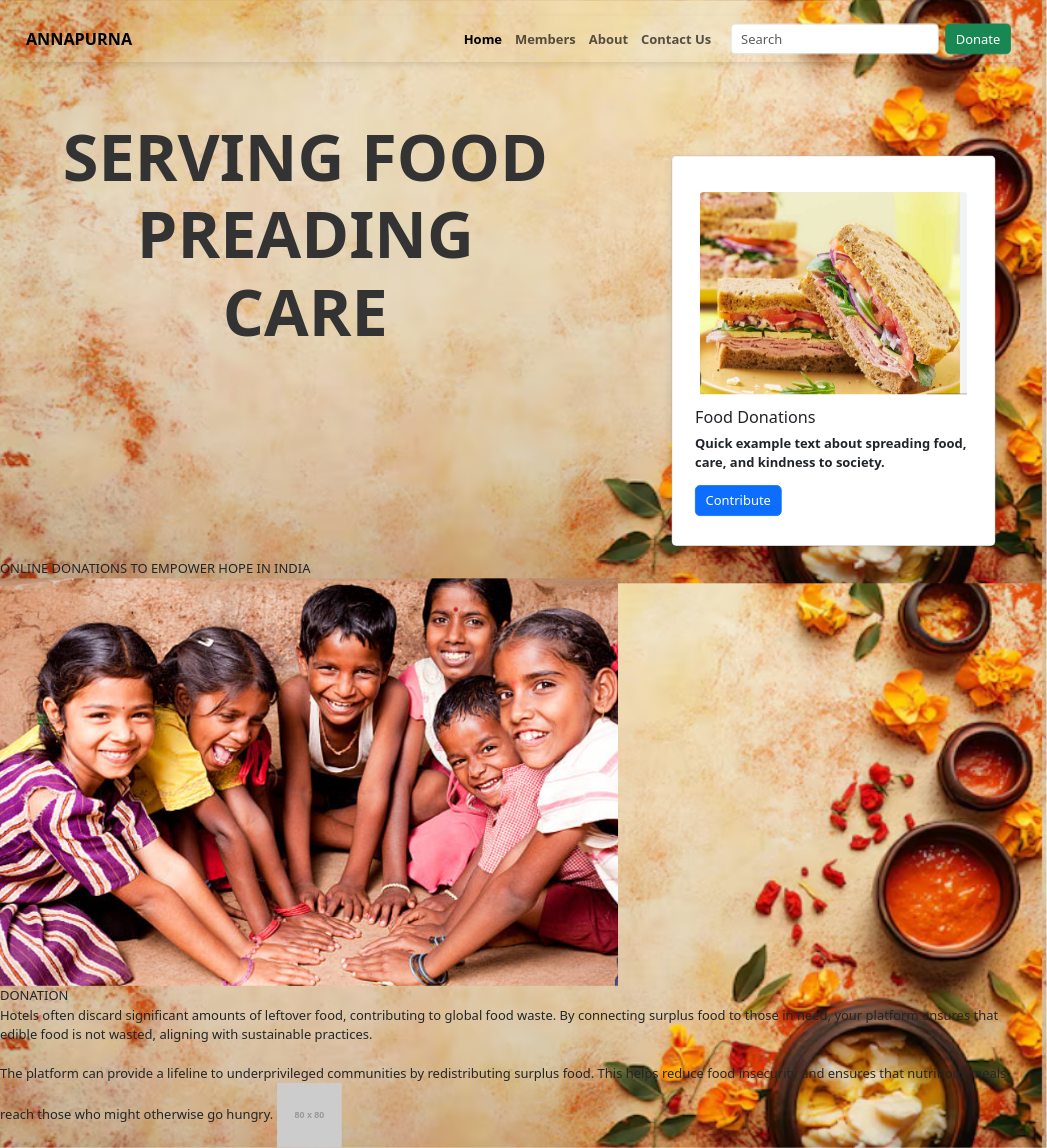
Repository: letscodeshivansh/Annapurna-2.0
Page: views/layouts/index.html
These files come from the project's save history. The page is drawn as it stood at one moment and after the next save; the edit follows.
The browser window is 1280 px wide. The page is 1292 px wide, so the pictures cover 1292 px, including what lies to the right of the window. The pictures show the whole page, at 81% of full size.
Backgrounds fixed to the window are drawn as part of the page.

Above is the page before, as saved 2025-01-24 00:11:40.

After the next save:
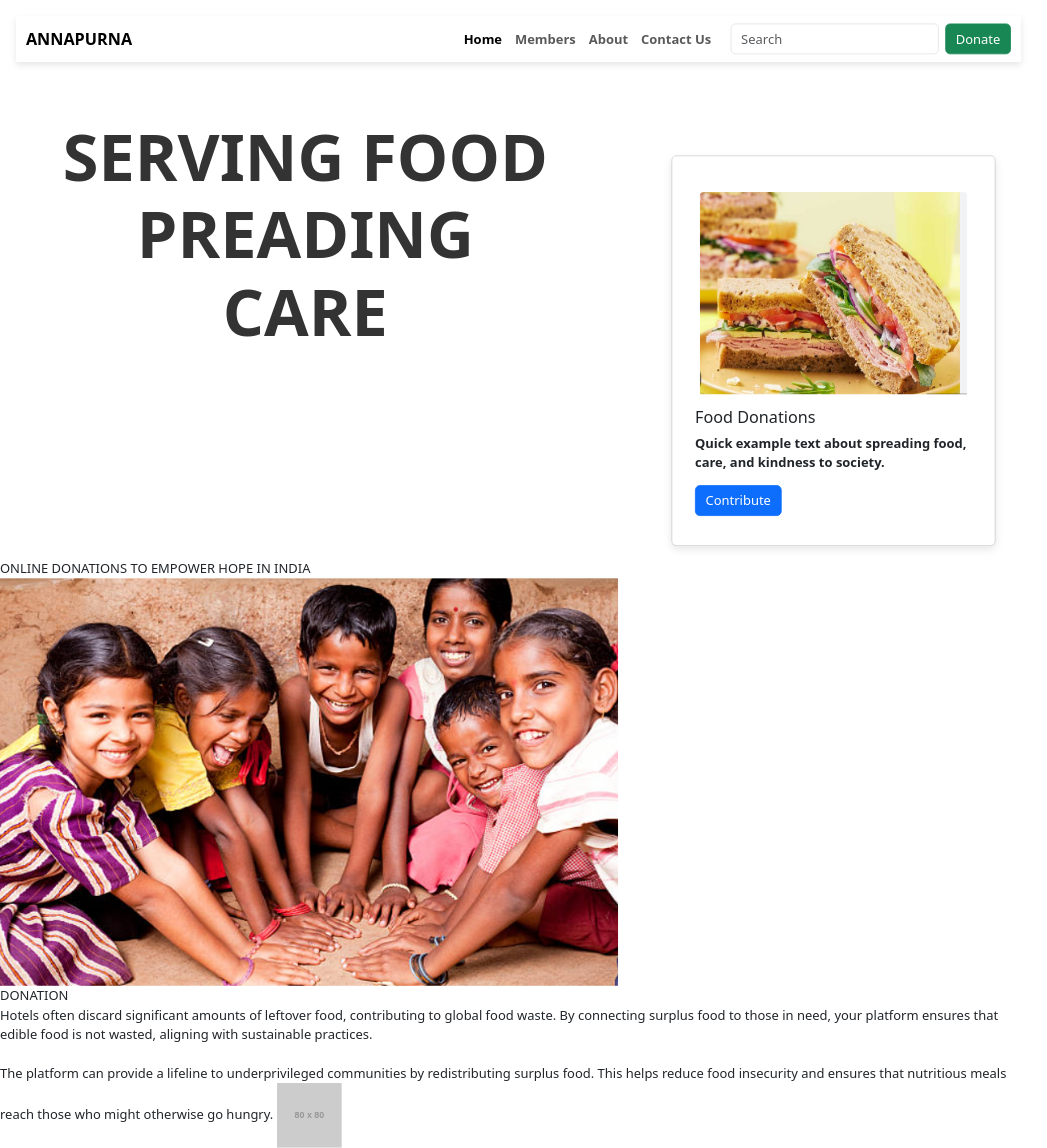
Not found: assets/home.png
Saved 9 min 34 s later.
--- a/public/stylesheets/style.css
+++ b/public/stylesheets/style.css
@@ -1,5 +1,5 @@
 body {
-    background-image: url(./assets/home.png);
+    background-image: url(/assets/home.png);
     background-size: cover;
     background-repeat: no-repeat;
     background-attachment: fixed;

After the 2 saves that followed:
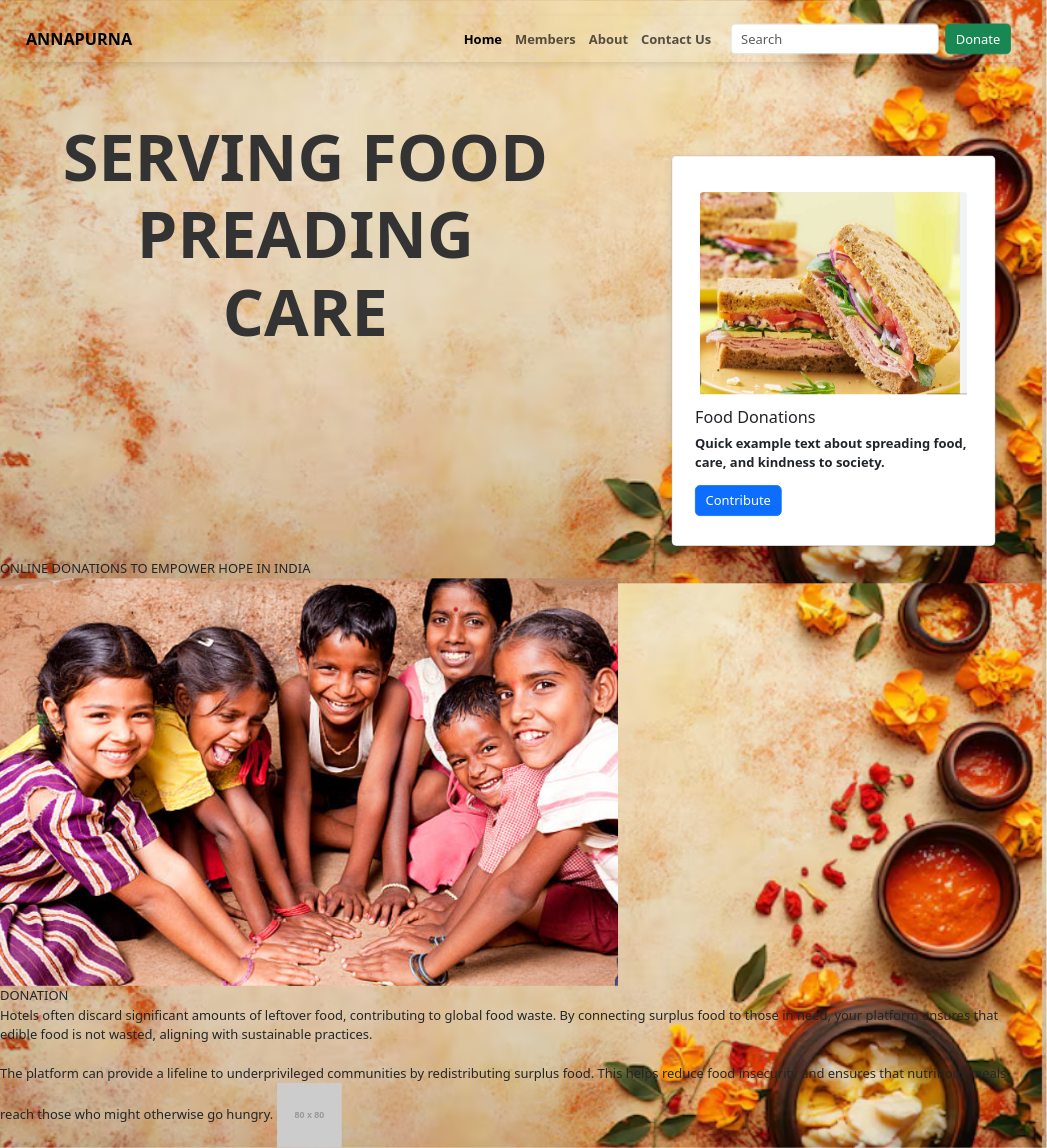
The 2 saves are shown as one change because they came seconds apart.
The last was saved 8 s later.
--- a/public/stylesheets/style.css
+++ b/public/stylesheets/style.css
@@ -1,5 +1,5 @@
 body {
-    background-image: url(/assets/home.png);
+    background-image: url('/assets/home.png');
     background-size: cover;
     background-repeat: no-repeat;
     background-attachment: fixed;
